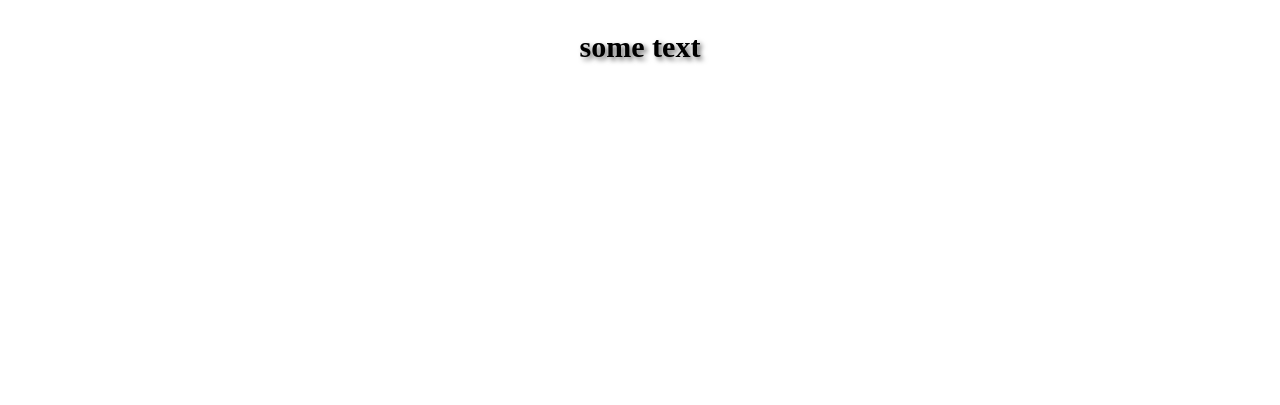
Repository: jksfoTemp/HTML5
Page: default.8.html
The author's editor kept a record of every edit. The page is drawn from the files as they stood at one moment, then again after the next edit.
The browser window is 1280 px wide. The pictures show the whole page.

Above is the page before.

### default.8.html
<!doctype html>
<html lang="en">
    <head>
        <meta charset="utf-8" />
        <title>Default 8, rounded corners, box shadow, text shadow; parts 20, 21; 2:20:30</title>
        <link rel="stylesheet" href="css/default.8.css" />
    </head>

    <body>
        <div id="box">
            <p id="text">some text</p>
        </div>
    </body>



</html>

### css/default.8.css
body  {
    text-align: center;
}

#box1 {
    display:  box;
    width: 500px;
    margin: 50px auto;
    padding: 15px;
    text-align: center;
    border: 1px solid blue;
    background: orange;
    border-radius: 20px;
    box-shadow: rgb(110, 110, 110) 8px 8px 8px inset;
    /* RGB, offset to left and right, offset up and down, amountof gradient, optional layout */
}

#box2 {
    display:  box;
    width: 500px;
    margin: 50px auto;
    padding: 15px;
    text-align: center;
    border: 1px solid blue;
    /* background: -webkit-linear-gradient(top, black, white) ; */
    /* background: -webkit-linear-gradient(45deg, black, white); */
    background: -webkit-radial-gradient(center, ellipse, red 0%, orange) ;
    border-radius: 20px;
    box-shadow: rgb(110, 110, 110) 8px 8px 8px ;
    /* RGB, offset to left and right, offset up and down, amountof gradient, optional layout */
}

#box3 {
    display:  box;
    width: 500px;
    margin: 50px auto;
    padding: 15px;
    text-align: center;
    border: 1px solid blue;
    /* background: -webkit-linear-gradient(top, black, white) ; */
    /* background: -webkit-linear-gradient(45deg, black, white); */
    background: -webkit-radial-gradient(center, circle, red 0%, orange) ;
    border-radius: 20px;
    box-shadow: rgba(110, 110, 110, 0.6) 8px 8px 8px ;  /* the less the alpha value the lighter the shadow will be */
    /* RGB, offset to left and right, offset up and down, amountof gradient, optional layout */
}

#text{
    font: bold 30px Century Gothic;
    text-shadow: rgb(110, 110, 110) 3px 3px 5px ;
}

After the next edit:
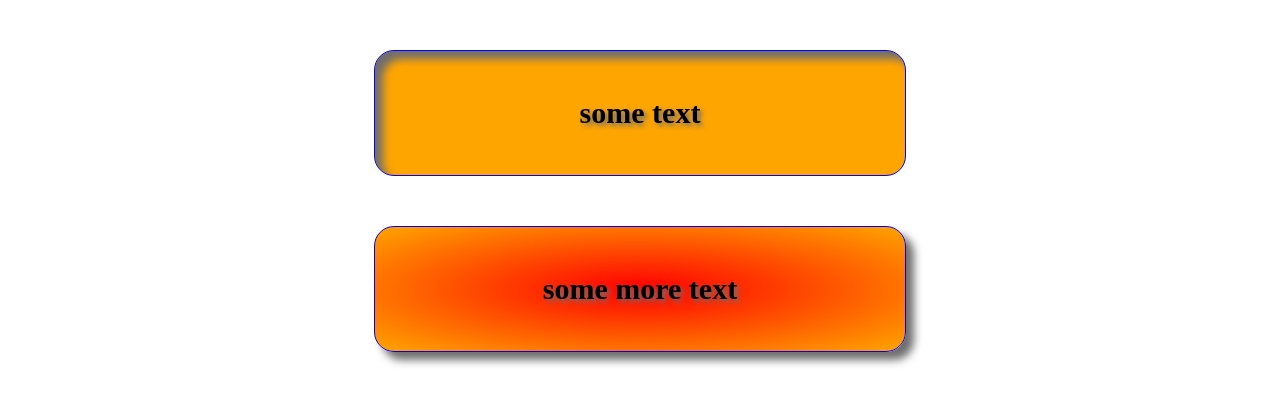
The edit:
--- a/default.8.html
+++ b/default.8.html
@@ -7,10 +7,13 @@
     </head>
 
     <body>
-        <div id="box">
+        <div id="box1">
             <p id="text">some text</p>
         </div>
-    </body>
+        <div id="box2">
+            <p id="text">some more text</p>
+        </div>
+
 
 
 
